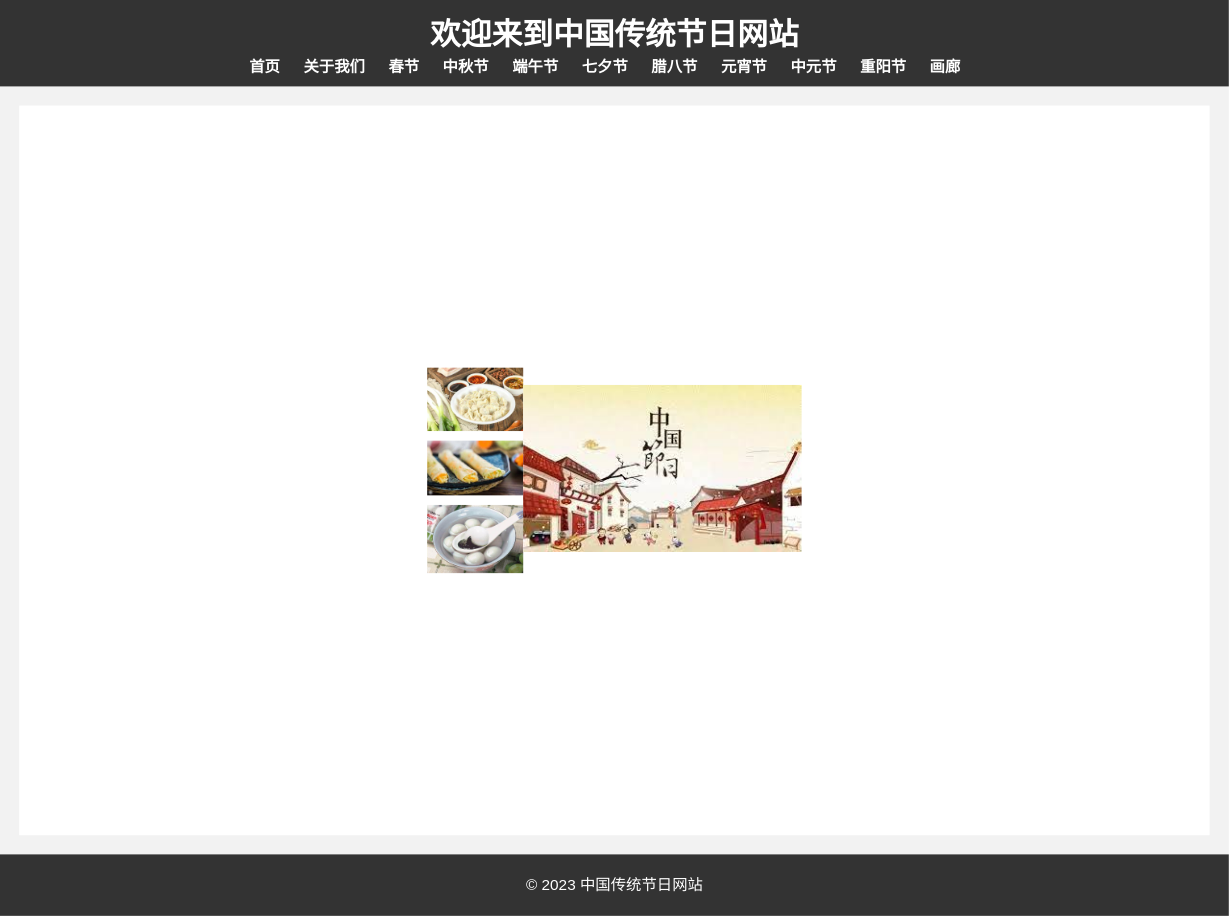
Repository: XueJie1/computer-operation-basics
Page: pages/gallery.html
An editor plug-in stored every save of this project. The page is shown before and after the next save, followed by the edit.
The browser window is 1280 px wide. The pictures show the whole page, at 96% of full size.

Above is the page before, as saved 2023-09-04 18:57:02.

After the next save:
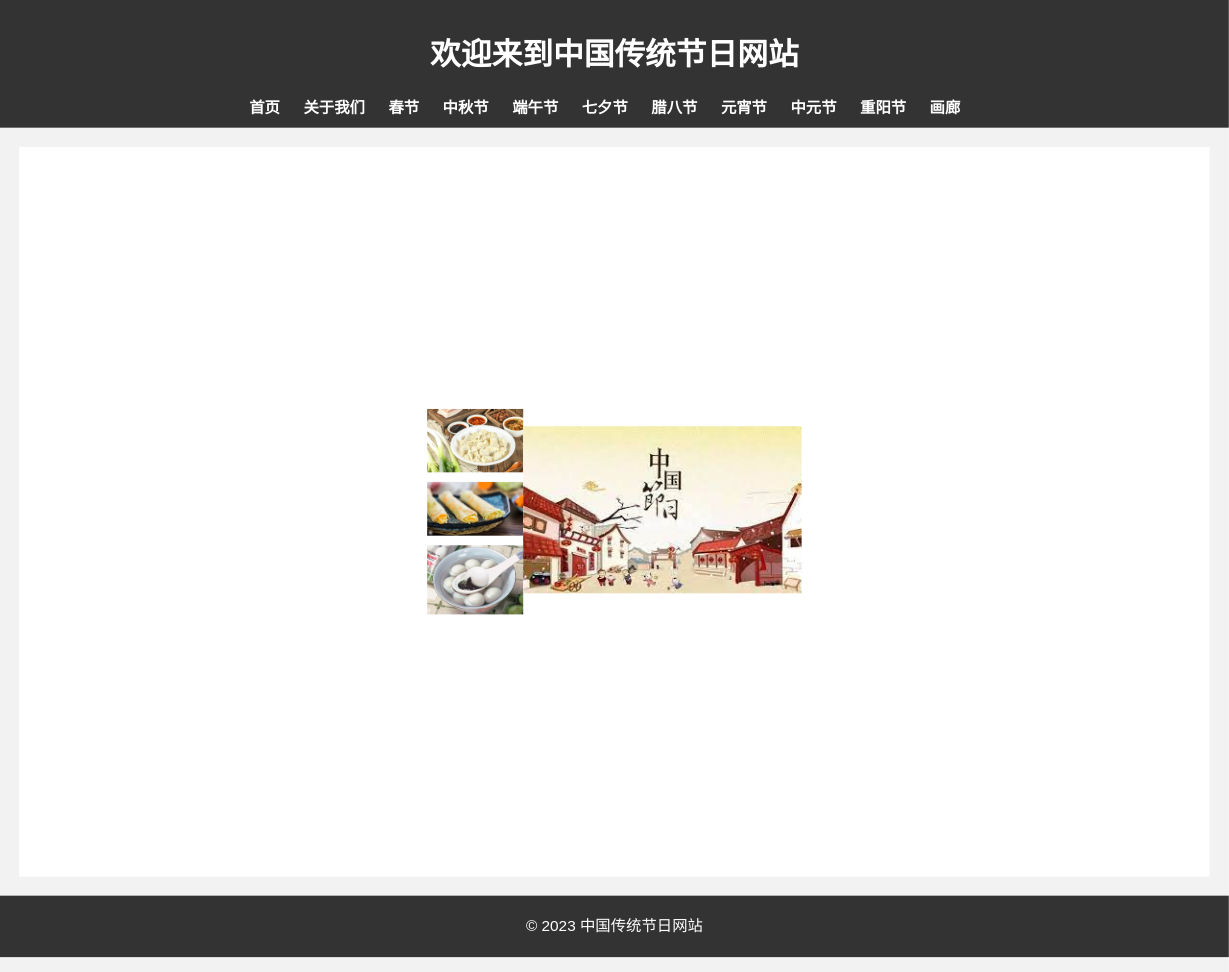
Saved 23 s later.
--- a/css/styles.css
+++ b/css/styles.css
@@ -137,12 +137,7 @@ main li {
     color: #555;
 }
 
-/* 重置默认的margin和padding */
-* {
-    margin: 0;
-    padding: 0;
-    box-sizing: border-box;
-}
+
 
 /* 设置整体画廊的样式 */
 .gallery {
